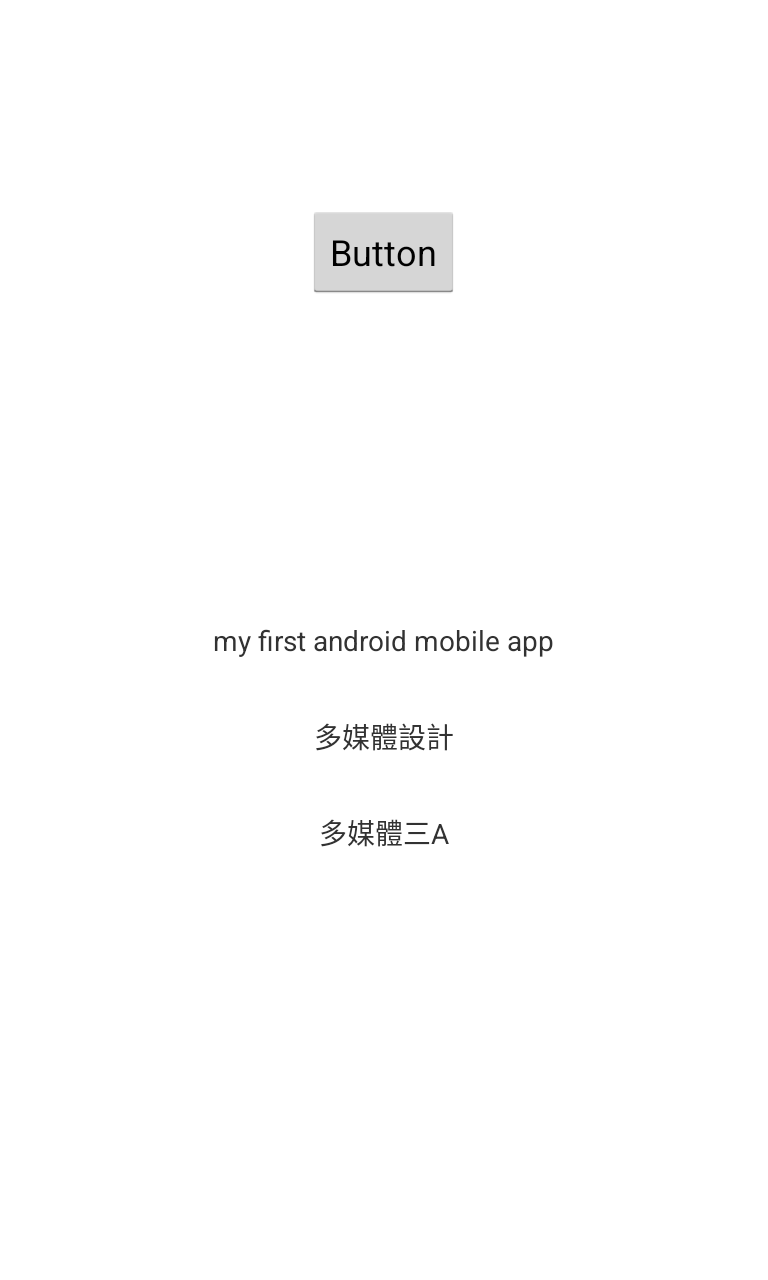
Repository: ericluo1123/myAndroidCode
Layout: myAndroidProject/res/layout/activity_main.xml
These files come from the project's save history. The layout is drawn as it stood at one moment and after the next save; the edit follows.
It is drawn on a 768 x 1280 px phone screen (xhdpi) without system bars, with theme AppTheme; the app's code is not run.

Above is the layout before, as saved 2014-09-25 08:09:23.

After the next save:
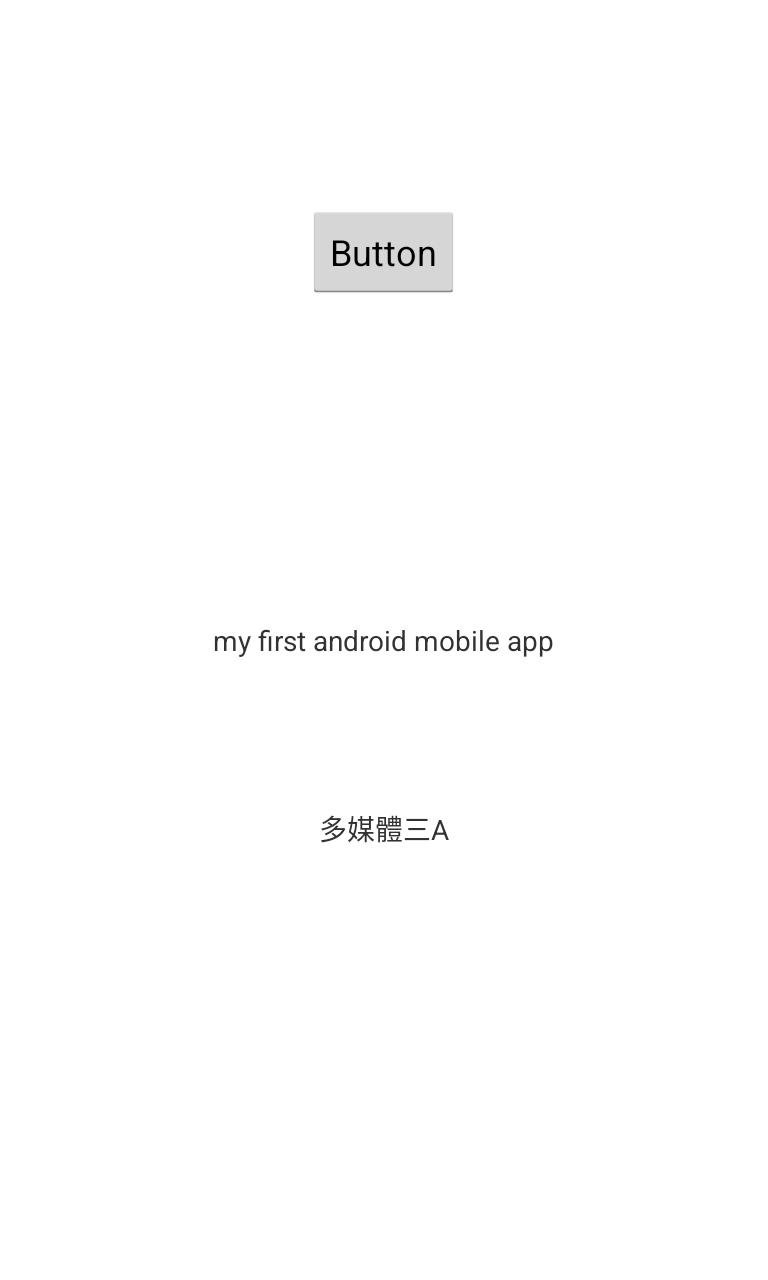
Saved 108 s later.
--- a/myAndroidProject/res/layout/activity_main.xml
+++ b/myAndroidProject/res/layout/activity_main.xml
@@ -22,8 +22,7 @@
         android:layout_height="wrap_content"
         android:layout_below="@+id/textView2"
         android:layout_centerHorizontal="true"
-        android:layout_marginTop="28dp"
-        android:text="多媒體設計" />
+        android:layout_marginTop="28dp" />
 
     <TextView
         android:id="@+id/textView3"
